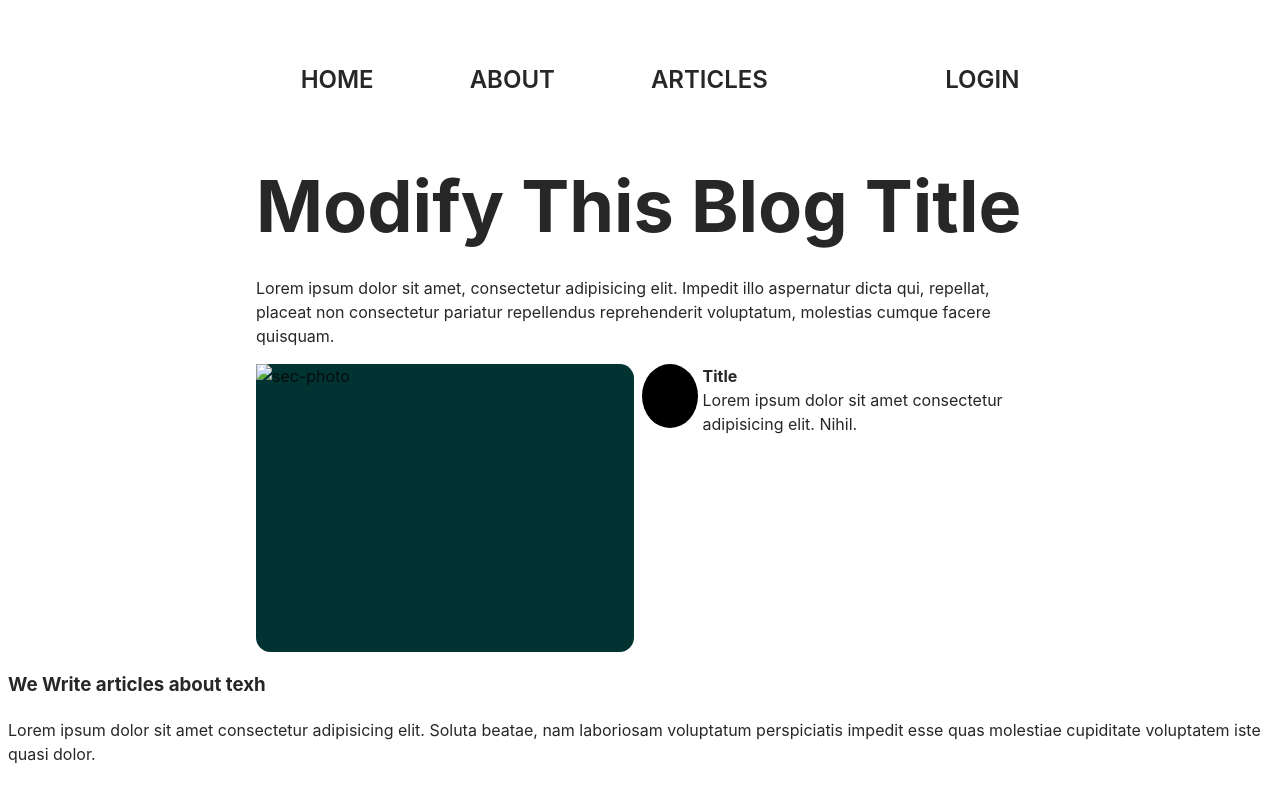
Repository: ValGrace/-static-site
Page: /home (app in client/)
These files come from the project's save history. The page is drawn as it stood at one moment and after the next save; the edit follows.
The browser window is 1280 px wide. The pictures show the whole page.
The project was rebuilt for these pictures with package versions that can differ from the ones it lists, and the page was loaded fresh each time. Also part of the build but not shown: client/vite.config.js, client/src/Utils/appwrite.js, client/src/Components/Inputs.css, client/src/Components/Login.jsx, client/src/Components/Signup.jsx.

Above is the page before, as saved 2023-02-05 12:16:42.

### client/src/main.jsx
import React from 'react'
import ReactDOM from 'react-dom/client'
import App from './App'
import './index.css'
import { BrowserRouter } from 'react-router-dom'
ReactDOM.createRoot(document.getElementById('root')).render(
  <React.StrictMode>
    <BrowserRouter>
    <App />
    </BrowserRouter>
  </React.StrictMode>,
)

### client/src/App.jsx
import PageRouter from './Routing/PageRouter'
import './App.css'

function App() {


  return (
    <div className="App">
      <PageRouter />
    </div>
  )
}

export default App

### client/src/index.css
:root {
  font-family: Inter, system-ui, Avenir, Helvetica, Arial, sans-serif;
  line-height: 1.5;
  font-weight: 400;

  color-scheme: light dark;
  color: rgba(7, 7, 7, 0.87);
  background-color: #ffffff;

  font-synthesis: none;
  text-rendering: optimizeLegibility;
  -webkit-font-smoothing: antialiased;
  -moz-osx-font-smoothing: grayscale;
  -webkit-text-size-adjust: 100%;
}

/* a {
  font-weight: 500;
  color: #646cff;
  text-decoration: inherit;
}
a:hover {
  color: #535bf2;
}

body {
  margin: 0;
  display: flex;
  place-items: center;
  min-width: 320px;
  min-height: 100vh;
}

h1 {
  font-size: 3.2em;
  line-height: 1.1;
}

button {
  border-radius: 8px;
  border: 1px solid transparent;
  padding: 0.6em 1.2em;
  font-size: 1em;
  font-weight: 500;
  font-family: inherit;
  background-color: #1a1a1a;
  cursor: pointer;
  transition: border-color 0.25s;
}
button:hover {
  border-color: #646cff;
}
button:focus,
button:focus-visible {
  outline: 4px auto -webkit-focus-ring-color;
}

@media (prefers-color-scheme: light) {
  :root {
    color: #213547;
    background-color: #ffffff;
  }
  a:hover {
    color: #747bff;
  }
  button {
    background-color: #f9f9f9;
  }
} */

### client/src/Routing/PageRouter.jsx
import Dashboard from "../Pages/Dashboard";
import HomePage from "../Pages/HomePage";
import { Routes, Route} from "react-router-dom"

const PageRouter = () => {
    return (
        <Routes>
            <Route path="/" element={<Dashboard />} />
            <Route path="/home" element={<HomePage />} />
        </Routes>
    )
}

export default PageRouter

### client/src/App.css
.App {
  display: flex;
  flex-direction: column;
  justify-content: center;
  align-items: center;
}

### client/src/Pages/Dashboard.jsx
import React, { useReducer} from 'react'
import Login from '../Components/Login'
import Signup from '../Components/Signup'
import "../Components/Inputs.css"
const initialState = {page : <Login />}
function reducer(state, action) {
    switch(action.type) {
        case 'loginpage':
          return { page: <Login />}
        case 'signuppage':
            return { page: <Signup />}
        default:
            return { page: <h2>Loading....</h2>}
    }
}
const Dashboard = () => {
    const [state, dispatch] = useReducer(reducer, initialState)
    return (
        <div className='dashboard'>
         <h2>Static Site Generator</h2>
         <div>Static site Image</div>
         <div className='dash' id='dash'>
            <div className='toggleForms'>
                <button onClick={() => dispatch({type: 'loginpage'})} className="type-btn">Login</button>
                <button onClick={() => dispatch({type: 'signuppage'})} className="type-btn">Signup</button>
                </div>
            <React.Fragment>{state.page}</React.Fragment>

            <button id="auth-btns">Login with Github account</button>
            <button id="auth-btns">Login with Google account</button>
         </div>
       </div>
    )
}

export default Dashboard

### client/src/Pages/HomePage.jsx
import Navbar from "../Components/Navbar"
import TopSection from "../Components/TopSection"
const HomePage = () => {
    return (
        <>
         <Navbar />
         <TopSection />
        </>
    )
}

export default HomePage

### client/src/Components/Navbar.jsx
import "./Navbar.css"
const Navbar = () => {
    return (
        <nav>
            <ul>
                <li>home</li>
                <li>about</li>
                <li>articles</li>
            </ul>
            <ul>
                <li>Login</li>
            </ul>
        </nav>
    )
}

export default Navbar

### client/src/Components/TopSection.jsx
const TopSection = () => {
    return (
      <>
      <div className="top-text" id="top-text">
      <h2>Modify this blog title</h2>
      <p>Lorem ipsum dolor sit amet, consectetur adipisicing elit. Impedit illo aspernatur dicta qui, repellat, placeat non consectetur pariatur repellendus reprehenderit voluptatum, molestias cumque facere quisquam.</p>
      </div>
      <div className="head-section">
        <div className="head-img">
            <img src="" alt="sec-photo" />
        </div>
        <div className="side-section">
            <div className="side-img">
                <img src="" alt=""/>
            </div>
            <div className="side-blogs">
                <h4>Title</h4>
                <p>Lorem ipsum dolor sit amet consectetur adipisicing elit. Nihil.</p>
            </div>
        </div>
      </div>
      <div className="site-descr">
        <h3>We Write articles about texh</h3>

        <p>Lorem ipsum dolor sit amet consectetur adipisicing elit. Soluta beatae, nam laboriosam voluptatum perspiciatis impedit esse quas molestiae cupiditate voluptatem iste quasi dolor.</p>
      </div>
      </>
    )
}

export default TopSection

### client/src/Components/Navbar.css
nav {
    width: 70vw;
    height: 20vh;
    display: flex;
}

nav > ul{
  display: flex;
  flex-direction: row;
  text-transform: uppercase;
  list-style-type: none;
  justify-content: center;
  align-items: center;
  gap: 4em;
  font-weight: 600;
  font-size: 1.5rem;
  flex-grow: 1;
}

#top-text {
    width: 60vw;
}

#top-text > h2 {
    font-size: 4.5rem;
    text-transform: capitalize;
    margin: 0;
    /* float: left; */
}

#top-text > p {
    float: right;

}

.head-section {
    display: flex;
    width: 60vw;
    gap: 0.5em;
}

.head-img {
    background-color: rgb(1, 51, 51);
    width: 70%;
    border-radius: 0.9em;
    height: 40vh;
}

.side-section {
    display: flex;
    flex-direction: row;
    gap: 0.3rem;
}

.side-img {
    background-color: black;
    width: 5rem;
    height: 4rem;
    border-radius: 50%;
}

.side-blogs > h4, .side-blogs > p {
    margin: 0;
}

Loaded but not shown: client/index.html (common file)

After the next save:
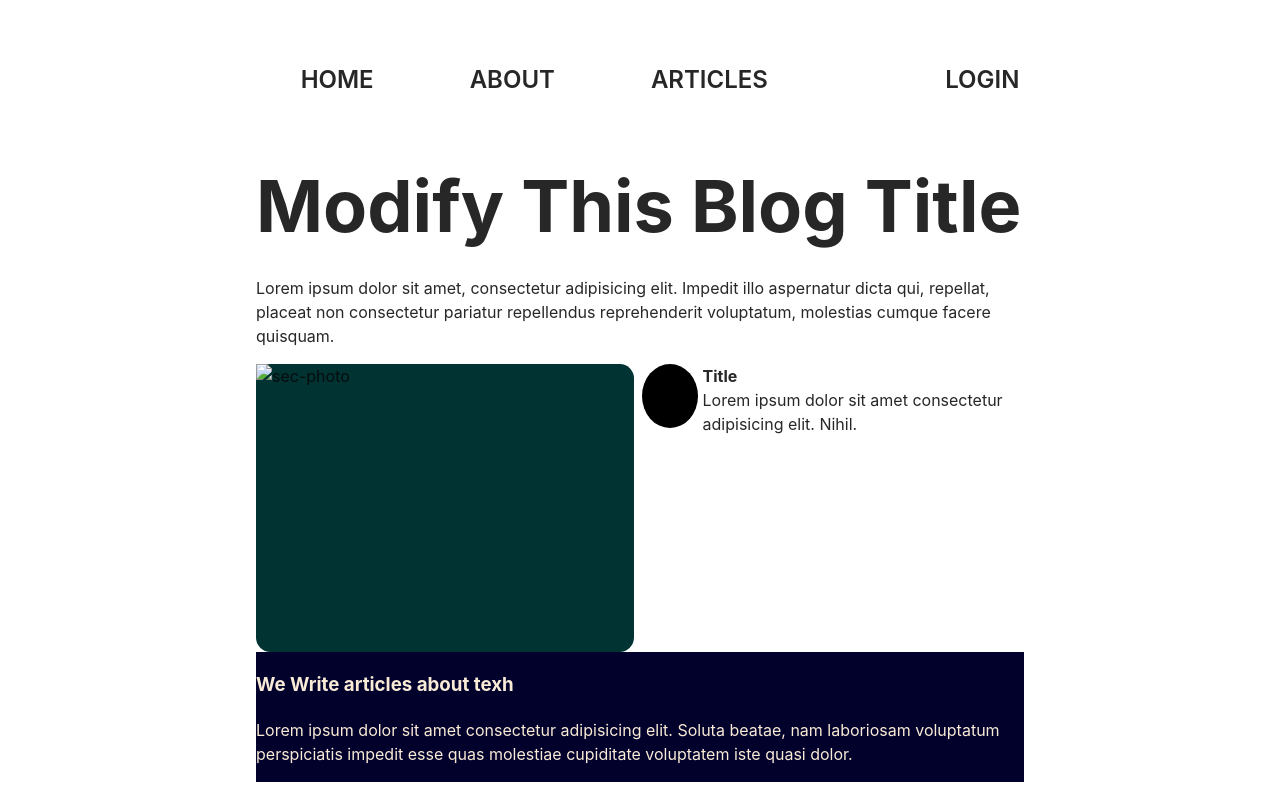
Saved 62 s later.
--- a/client/src/Components/Navbar.css
+++ b/client/src/Components/Navbar.css
@@ -62,3 +62,9 @@ nav > ul{
 .side-blogs > h4, .side-blogs > p {
     margin: 0;
 }
+
+.site-descr {
+    width: 60vw;
+    background-color: rgb(1, 1, 44);
+    color: antiquewhite;
+}
